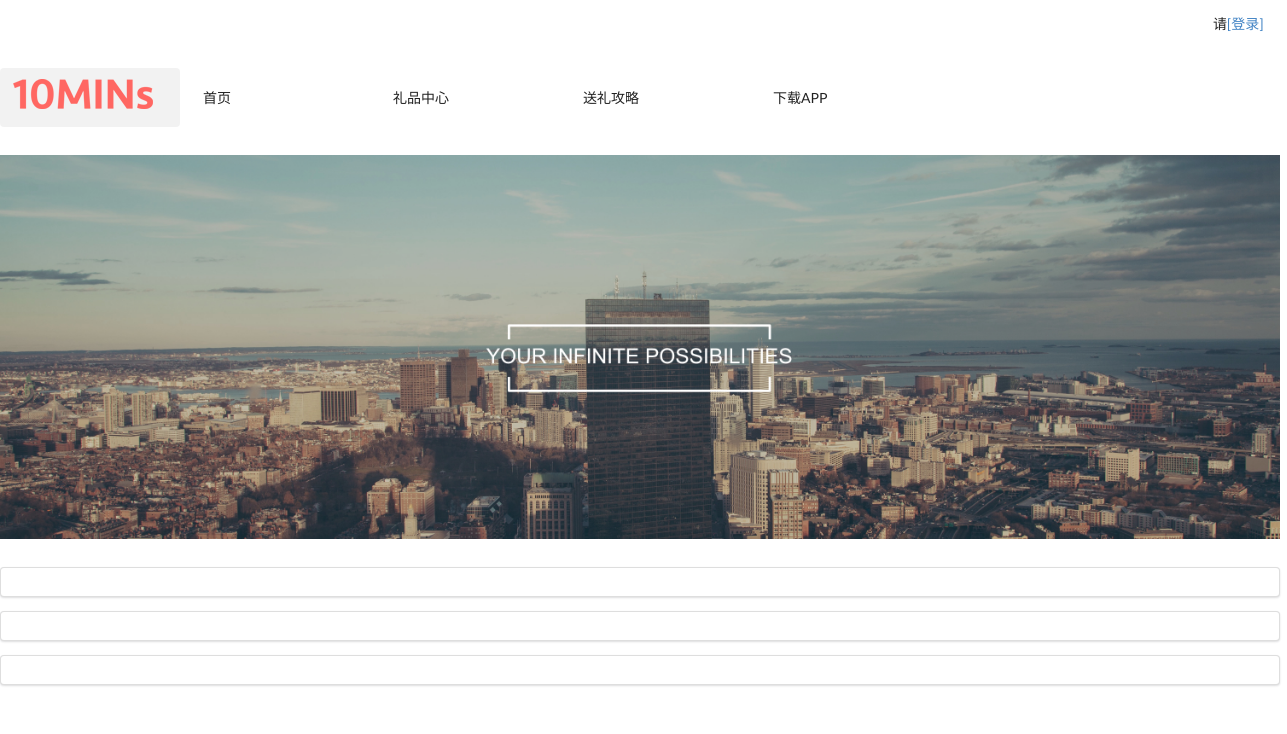
Repository: RemeoJenius/JAVA-EEwork
Page: http://localhost/web-second/main.jsp
The author's editor kept a copy of each file at every save. The page is drawn from the files as they stood at one save, then again after the next save.
The browser window is 1280 px wide. The page is 1287 px wide, so the pictures cover 1287 px, including what lies to the right of the window. The pictures show the whole page.
The page is served by Tomcat 9. Nobody is signed in. The application's start-up code is not run. Other server files are loaded and not shown.

Above is the page before, as saved 2016-09-25 23:44:18.

### web-second/src/main/webapp/main.jsp
<%@ page language="java" contentType="text/html; charset=UTF-8"
    pageEncoding="UTF-8"%>
<%@ taglib uri="http://java.sun.com/jstl/core_rt" prefix="c" %>
<!DOCTYPE html PUBLIC "-//W3C//DTD HTML 4.01 Transitional//EN" "http://www.w3.org/TR/html4/loose.dtd">
<html>
<head>
<meta http-equiv="Content-Type" content="text/html; charset=UTF-8">
<title>Insert title here</title>
 <link rel="stylesheet" href="second/css/semantic.css" media="screen" title="no title">
 <link rel="stylesheet" href="second/css/main.css" media="screen" title="no title">
</head>
<body>
	<div class="bg">
        <div class="ui text menu">
            <div class="right menu">
            	<c:if test="${empty user}">请<a href="./login.jsp">[登录]</a></c:if>
                <c:if test="empty user">
                <a class="item"href="login.jsp">登陆</a>
                <a class="item">注册</a>
                </c:if>
                <c:if test="!empty user">"${user.username}"</c:if>
            </div>
        </div>
        <div class="ui secondary  menu">
            <a class="active item">
                <div class="ui images">
                    <img src="second/images/ten_red_logo.png" alt="" />
                </div>
            </a>
            <a class="item">首页 </a>
            <a class="item"> 礼品中心</a>
            <a class="item">送礼攻略 </a>
            <a class="item"> 下载APP</a>
        </div>
        <div class="ui vertical basic segment">
          <div class="ui image">
              <img src="second/images/banner.jpg" alt="" />
          </div>
      </div>

        <div class="ui segment"></div>
        <div class="ui segment"></div>
        <div class="ui segment"></div>
    </div>
</body>
</html>

### web-second/src/main/webapp/second/css/main.css
.ui.menu a{
    width: 180px;
}
.right.menu a{
    width: 60px;
}
.ui.primary.button.denglv {
    width: 97px;
}

Loaded but not shown: web-second/src/main/webapp/second/css/semantic.css (library)

After the next save:
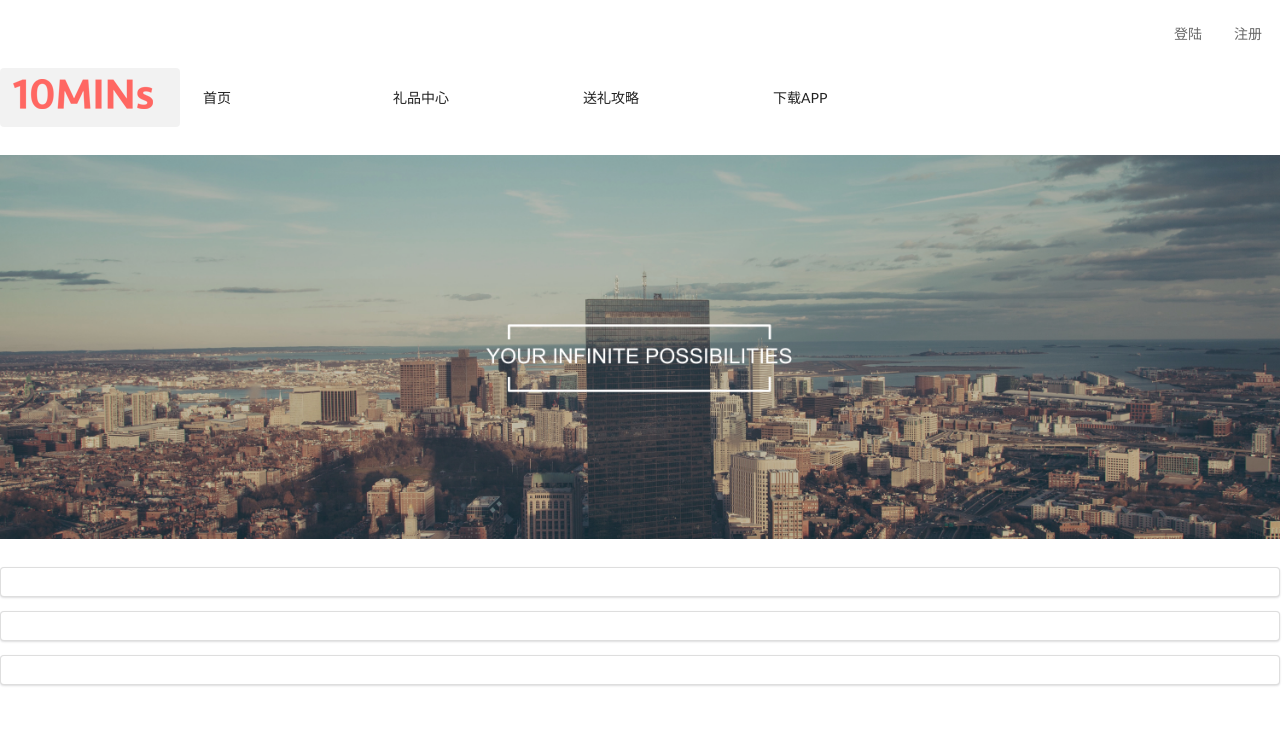
Saved 58 s later.
--- a/web-second/src/main/webapp/main.jsp
+++ b/web-second/src/main/webapp/main.jsp
@@ -13,8 +13,7 @@
 	<div class="bg">
         <div class="ui text menu">
             <div class="right menu">
-            	<c:if test="${empty user}">请<a href="./login.jsp">[登录]</a></c:if>
-                <c:if test="empty user">
+                <c:if test="${empty user}">
                 <a class="item"href="login.jsp">登陆</a>
                 <a class="item">注册</a>
                 </c:if>
